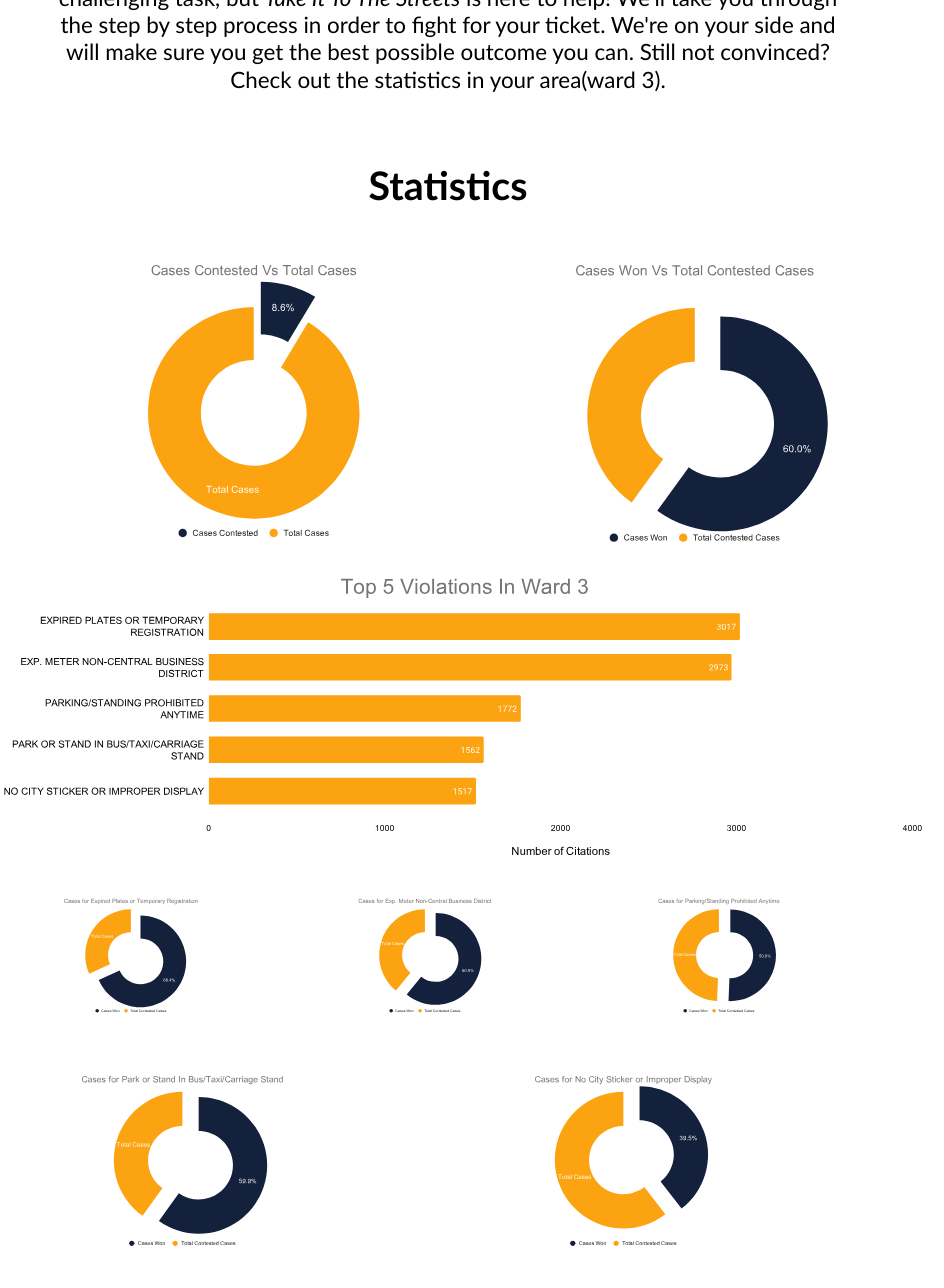
Repository: rdass1/COM421-FinalProject
Page: Website/index.html
The author's editor kept a copy of each file at every save. The page is drawn from the files as they stood at one save, then again after a run of saves.
The browser window is 1280 px wide. The page is 1348 px wide, so the pictures cover 1348 px, including what lies to the right of the window. The pictures show the part of the page from y = 723 to 2563 px (the page is 2563 px tall before and 2524 px after), at 70% of full size.

Above is the page before, as saved 2021-05-12 05:10:43.
Console error: TypeError: Cannot read properties of undefined (reading 'style')

### Website/index.html
<!DOCTYPE html>
<html>
    <head>
        <meta charset="UTF-8">
        <meta name="description" content="Take It To the Streets is a non-profit organization that helps people find information on how to fight their tickets. ">
        <meta name="author" content="Group 2">
        <meta name="viewport" content="width=device-width, initial-scale=1.0">
        <link rel="stylesheet" type="text/css" href="css/index.css">
        <script src="javascript/index.js"></script>
        <title>Take It To The Streets</title>
    </head>
    <body class = "container">
        <div class="header">
            <div id = "navbar">
                <nav>
                    <ul>
                        <li><a href="#about">About</a></li>
                        <li><a href="#statistics">Statistics</a></li>
                        <li><a href="#resources">Resources</a></li>
                        <li><a href="#contact">Contact</a></li>
                    </ul>

                </nav>
            </div>
        </div>
        <div id="home" class="home-image">
            <div id="title">
                <h1>Stand Your Ground</h1>
                <h2>Learn how you can fight back</h2>
            </div>

        </div>
        <div id="about">
            <h3>About</h3>
            <p>Have you ever received a ticket and we're unable pay the ticket? Did you know that you can contest all tickets you receive in court! This may seem like a very challenging task, but <em>Take It To The Streets</em> is here to help! We'll take you through the step by step process in order to fight for your ticket. We're on your side and will make sure you get the best possible outcome you can. Still not convinced? Check out the statistics in your area(ward 3). </p>
        </div>
        <div id="statistics" class="statistics-container">
            <div id="statistics-container-item-header"><h3>Statistics</h3></div>
            <div id="statistics-container-item-1">
                <img src="images/Cases Contested Vs Total Cases.svg">
            </div>
            <div id="statistics-container-item-2">
                <img src="images/Cases Won Vs Total Contested Cases.svg">
            </div>
            <div id="statistics-container-item-3">
                <img src="images/Top 5 Violations In Ward 3.svg">
            </div>

            <div id="statistics-container-item-4">
                <div class="statistics-container-item-4-flex">
                    <div class ="statistics-container-item-4-flex-container">
                        <img src="images/Cases for Expired Plates or Temporary Registration.svg">
                    </div>
                    <div class ="statistics-container-item-4-flex-container">
                        <img src="images/Cases for Exp. Meter Non-Central Business District.svg">
                    </div>
                    <div class ="statistics-container-item-4-flex-container">
                        <img src="images/Cases for Parking_Standing Prohibited Anytime.svg">
                    </div>

                </div>

            </div>
            <div id="statistics-container-item-5">
                <div class="statistics-container-item-4-flex">
                    <div class ="statistics-container-item-5-flex-container">
                        <img src="images/Cases for Park or Stand In Bus_Taxi_Carriage Stand.svg">
                    </div>
                    <div class ="statistics-container-item-5-flex-container">
                        <img src="images/Cases for No City Sticker or Improper Display.svg">
                    </div>

                </div>

            </div>
            <!-- <div id="statistics-container-item-7">

            </div>
            <div id="statistics-container-item-8">

            </div> -->
        </div>
    </body>
</html>

### Website/css/index.css
html{
    scroll-behavior: smooth;
    font-family: 'Gill Sans', 'Gill Sans MT', Calibri, 'Trebuchet MS', sans-serif;
}

.container{
    margin:0px;
    display:grid;
    grid-template-columns: 1fr;
}

.header{
    background-color: #fca311;
    width: 100%;
    display: flex;
    justify-content: flex-start;
    margin: 0px;
    padding: 0px;
    z-index: 100;
}

#navbar nav{
    display: flex;


}

#navbar ul{
    height:inherit;
    margin: 0px;
    padding: 0px;
    overflow: hidden;
    list-style: none;
}

#navbar li{
    margin: 0px;
    font-size: 1.5rem;
    float:left;

}

#navbar a{
    display: block;
    color: white;
    text-decoration: none;
    padding: 20px 20px 20px 20px;
}

#navbar li:hover{
    background-color: #cf323f;
}


.home-image{
    display: grid;
    width:100%;
    height:60vh;
    background-image: url("/Website//images/pic5.png");
    background-repeat: no-repeat;
    background-size: cover;
    background-position: 0% 100%;

    grid-template-columns: auto;
    grid-template-rows: auto;
    grid-template-areas:
    ". . . . . . ."
    ". . header . . . ."
    ". . . . . . ."
    ". . . . . . ."


    ;

}


#title{
    grid-area: header;
}

#title h1{
    font-size: 8rem;
    color:white;
    margin: 0px;
    padding: 0px;
    text-shadow: 2px 2px 15px #2e2e2e;
}

.home-image h2{
    margin: 0px;
    padding: 0px;
    font-size: 3rem;
    color:white;
    text-shadow: 2px 2px 15px #2e2e2e;
}





.home-image img{
    width: 100%;
    height: 60%;
    object-fit: cover;
    object-position: 0px 100%;
    z-index: 10;
}



#about h3{
    text-align: center;
    font-size: 3rem;
    margin-bottom:15px;
}

#about p{
    text-align: center;
    margin-top:0px;
    margin-left:60px;
    margin-right:60px;
    font-size: 2rem;
}

.statistics-container{
    margin:10px;
    display: grid;
    grid-template-rows: 0fr 1/3fr 1/3fr 1/3fr 1/3fr;
    grid-template-columns: 1fr 1fr;
    justify-content: center;
    justify-items: center;


}

.statistics-container-item{
    background-color:#cf323f;


}

.statistics-container-item img{
    width: 100%;
    height: 100%;
}

#statistics-container-item-header{
    grid-column: 1 / span 2;
    grid-row: 1 / 1;
    font-size: 3rem;
    text-align: center;



}

#statistics-container-item-1{
    grid-column: 1 / span 1;
    grid-row: 2/ 2;
}
#statistics-container-item-2{
    grid-column: 2 / span 2;
    grid-row: 2/ 2;
}
#statistics-container-item-3{
    grid-column: 1 / span 2;
    grid-row: 3/ 3;
}

#statistics-container-item-4{
    grid-column: 1 / span 2;
    grid-row: 4/ 4;
}
#statistics-container-item-5{
    grid-column: 1 / span 2;
    grid-row: 5/ 5;
}

.statistics-container-item-4-flex{
    display: flex;
    justify-content: center;
    justify-items: center;

}
.statistics-container-item-4-flex-container img{
    width: 70%;
    height: auto;
    margin: 30px;
}

.statistics-container-item-5-flex-container img{
    width: 70%;
    height: auto;
    margin: 30px;
}

### Website/javascript/index.js
var slideIndex = 0;

showSlides();

function showSlides(){
    var i;
    var slides = document.getElementsByClassName("mySlides");
    var dots = document.getElementsByClassName("dot");
  for (i = 0; i < slides.length; i++) {
    slides[i].style.display = "none";
  }
  slideIndex++;
  if (slideIndex > slides.length) {slideIndex = 1}
  for (i = 0; i < dots.length; i++) {
    dots[i].className = dots[i].className.replace(" active", "");
  }
  slides[slideIndex-1].style.display = "block";
  dots[slideIndex-1].className += " active";
  setTimeout(showSlides, 2000);

  for(var i = 0; i<10; i++){
      console.log(i);
  }
}

After the next 2 saves:
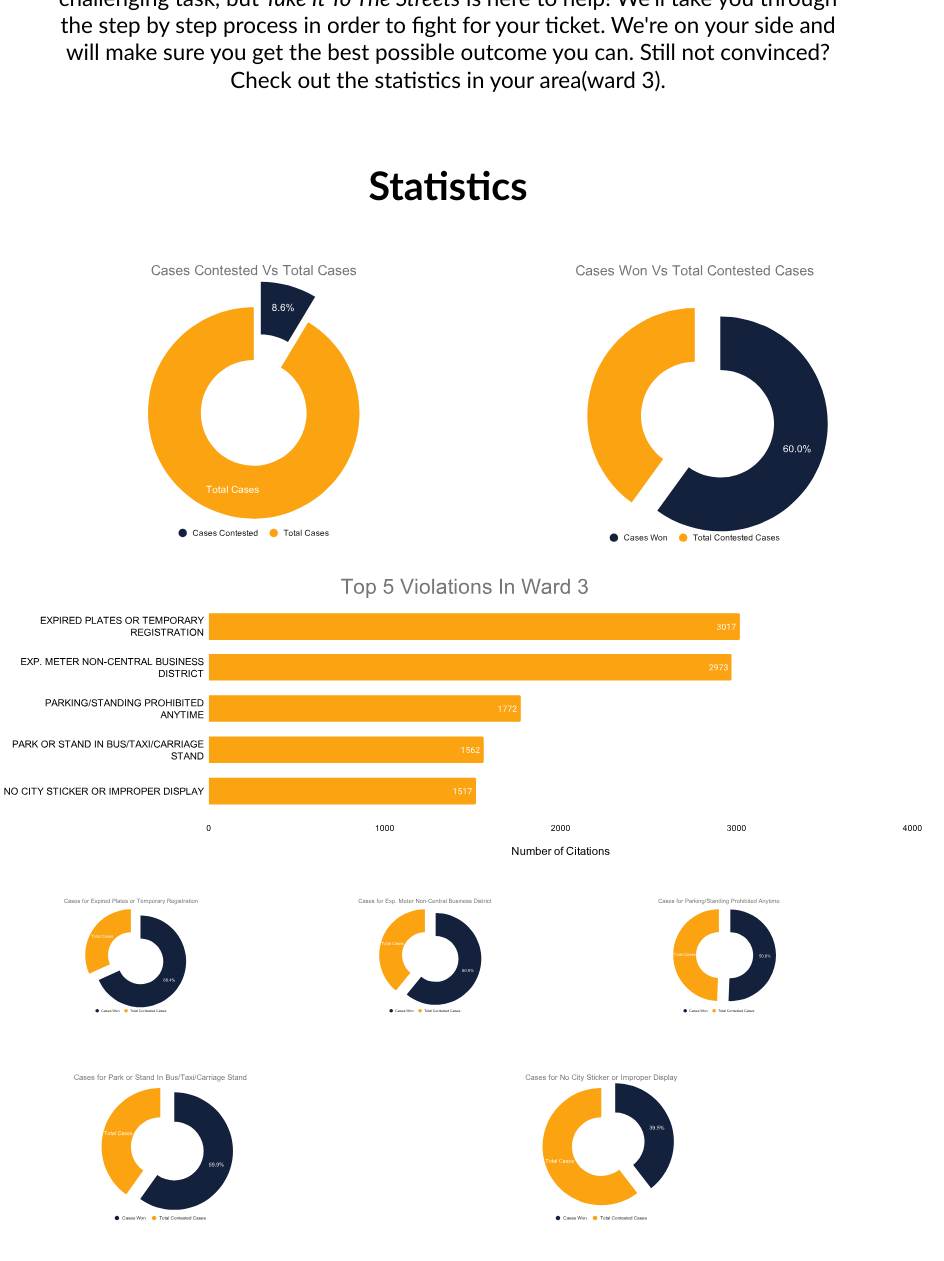
The 2 saves are shown as one change because they came seconds apart.
The last was saved 11 s later.
--- a/Website/css/index.css
+++ b/Website/css/index.css
@@ -190,7 +190,7 @@ html{
 }
 
 .statistics-container-item-5-flex-container img{
-    width: 70%;
+    width: 60%;
     height: auto;
     margin: 30px;
 }
